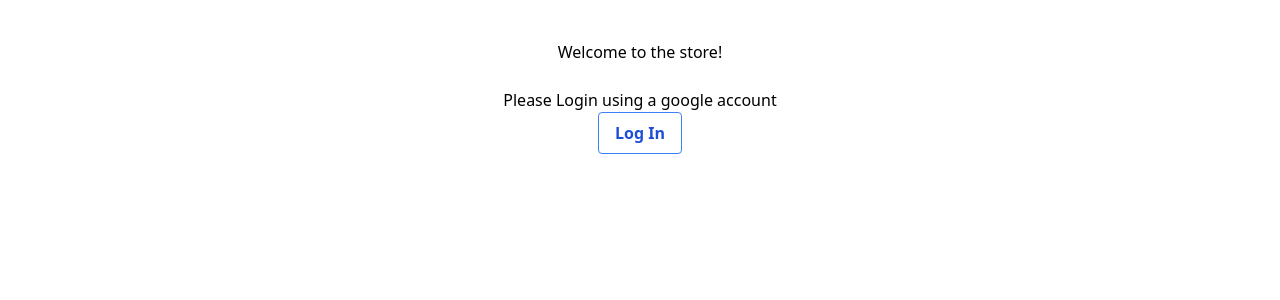
Repository: Siravian-index/rehab-store
Page: /store
An editor plug-in stored every save of this project. The page is shown before and after the next save, followed by the edit.
The browser window is 1280 px wide. The pictures show the whole page.
The project was rebuilt for these pictures with package versions that can differ from the ones it lists, and the page was loaded fresh each time. Also part of the build but not shown: craco.config.js, src/components/Footer.jsx, src/components/LogoutButton.jsx, src/components/Navbar.jsx.

Above is the page before, as saved 2021-11-01 08:45:18.

### src/index.js
import React from 'react';
import ReactDOM from 'react-dom';
import App from './App';
import './index.css';
import { Auth0Provider } from '@auth0/auth0-react';

ReactDOM.render(
  <Auth0Provider
    domain='dev-2rv8c3jm.us.auth0.com'
    clientId='SVkXn8UGq2ma8B16C4MihKOtDp8EGrJX'
    redirectUri={window.location.origin}
  >
    <App />
  </Auth0Provider>,
  document.getElementById('root')
);

### src/App.js
import { useAuth0 } from '@auth0/auth0-react';

import Footer from './components/Footer';
import Navbar from './components/Navbar';
import WelcomePage from './components/WelcomePage';

const App = () => {
  const { isAuthenticated, isLoading } = useAuth0();

  if (isLoading) {
    return <div>Loading ...</div>;
  }

  return isAuthenticated ? (
    <div>
      <Navbar />
      {/* action boxes */}
      <Footer />
    </div>
  ) : (
    <WelcomePage />
  );
};

export default App;

### src/components/WelcomePage.jsx
import LoginButton from './LoginButton';

const WelcomePage = () => {
  return (
    <div className='w-1/2 m-auto my-10'>
      <h3 className='text-center my-6'>Welcome to the store!</h3>
      <p className='text-center'>Please Login using a google account </p>
      <div className='text-center'>
        <LoginButton />
      </div>
    </div>
  );
};

export default WelcomePage;

### src/components/LoginButton.jsx
import React from 'react';
import { useAuth0 } from '@auth0/auth0-react';

const LoginButton = () => {
  const { loginWithRedirect } = useAuth0();

  return (
    <button
      className='bg-transparent hover:bg-blue-500 text-blue-700 font-semibold hover:text-white py-2 px-4 border border-blue-500 hover:border-transparent rounded'
      onClick={() => loginWithRedirect()}
    >
      Log In
    </button>
  );
};

export default LoginButton;

Loaded but not shown: public/index.html (common file); src/index.css (common file); tailwind.config.js (common file)

After the next save:
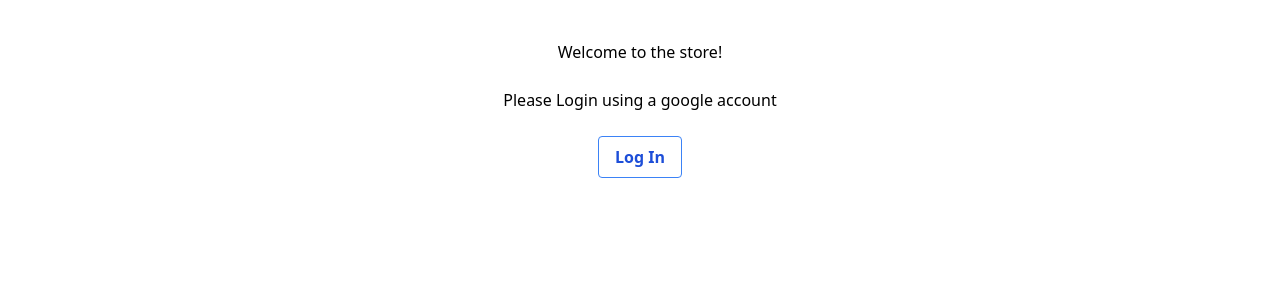
Saved 7 s later.
--- a/src/components/WelcomePage.jsx
+++ b/src/components/WelcomePage.jsx
@@ -4,8 +4,8 @@ const WelcomePage = () => {
   return (
     <div className='w-1/2 m-auto my-10'>
       <h3 className='text-center my-6'>Welcome to the store!</h3>
-      <p className='text-center'>Please Login using a google account </p>
-      <div className='text-center'>
+      <p className='text-center my-6'>Please Login using a google account </p>
+      <div className='text-center my-6'>
         <LoginButton />
       </div>
     </div>
